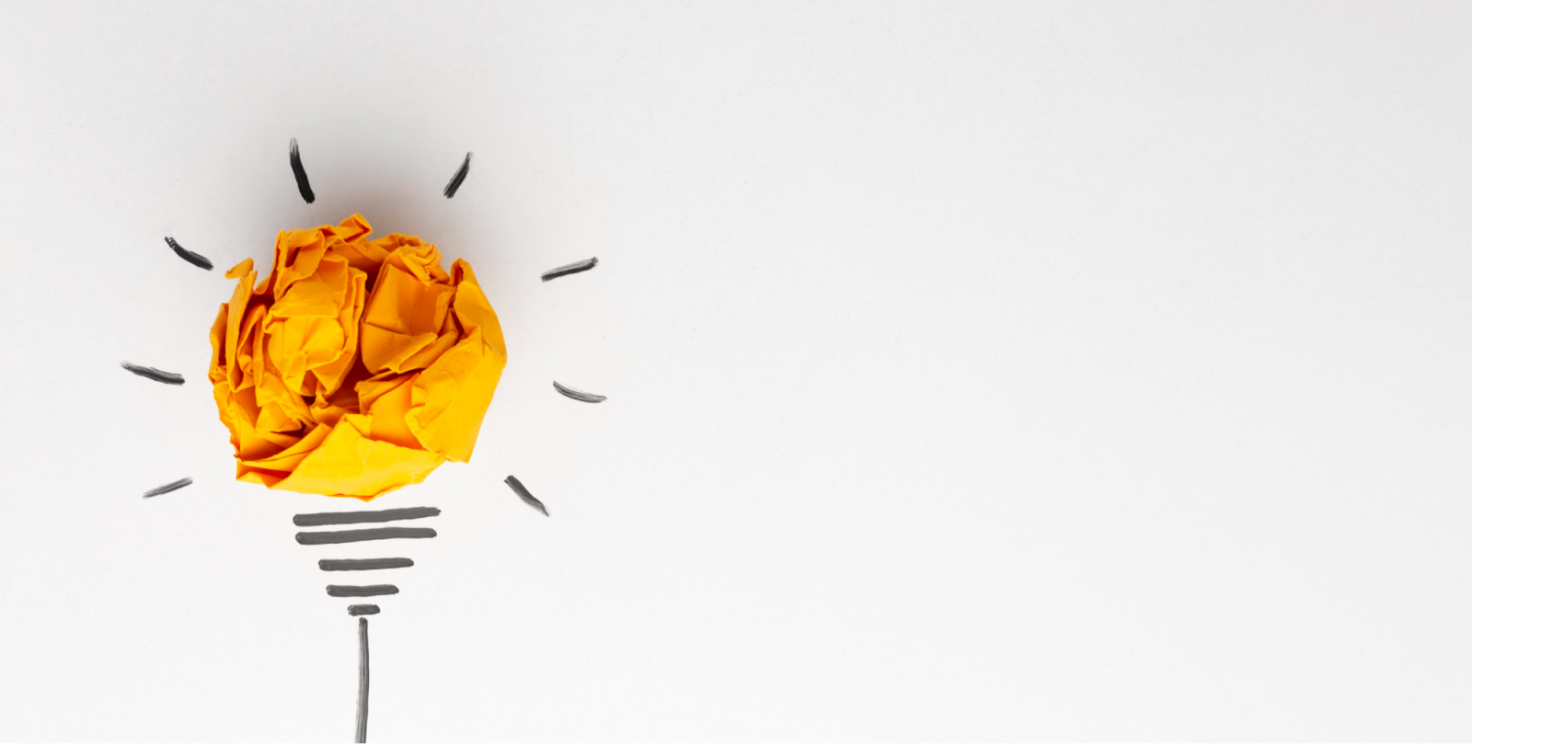
Repository: mdrubel02/new-year-new-mission
Page: index.html
The author's editor kept a copy of each file at every save. The page is drawn from the files as they stood at one save, then again after the next save.
The browser window is 1280 px wide. The page is 1600 px wide, then 1699 px, so the pictures cover 1699 px, including what lies to the right of the window. The pictures show the whole page, at 92% of full size.

Above is the page before, as saved 2023-01-06 22:06:05.

After the next save:
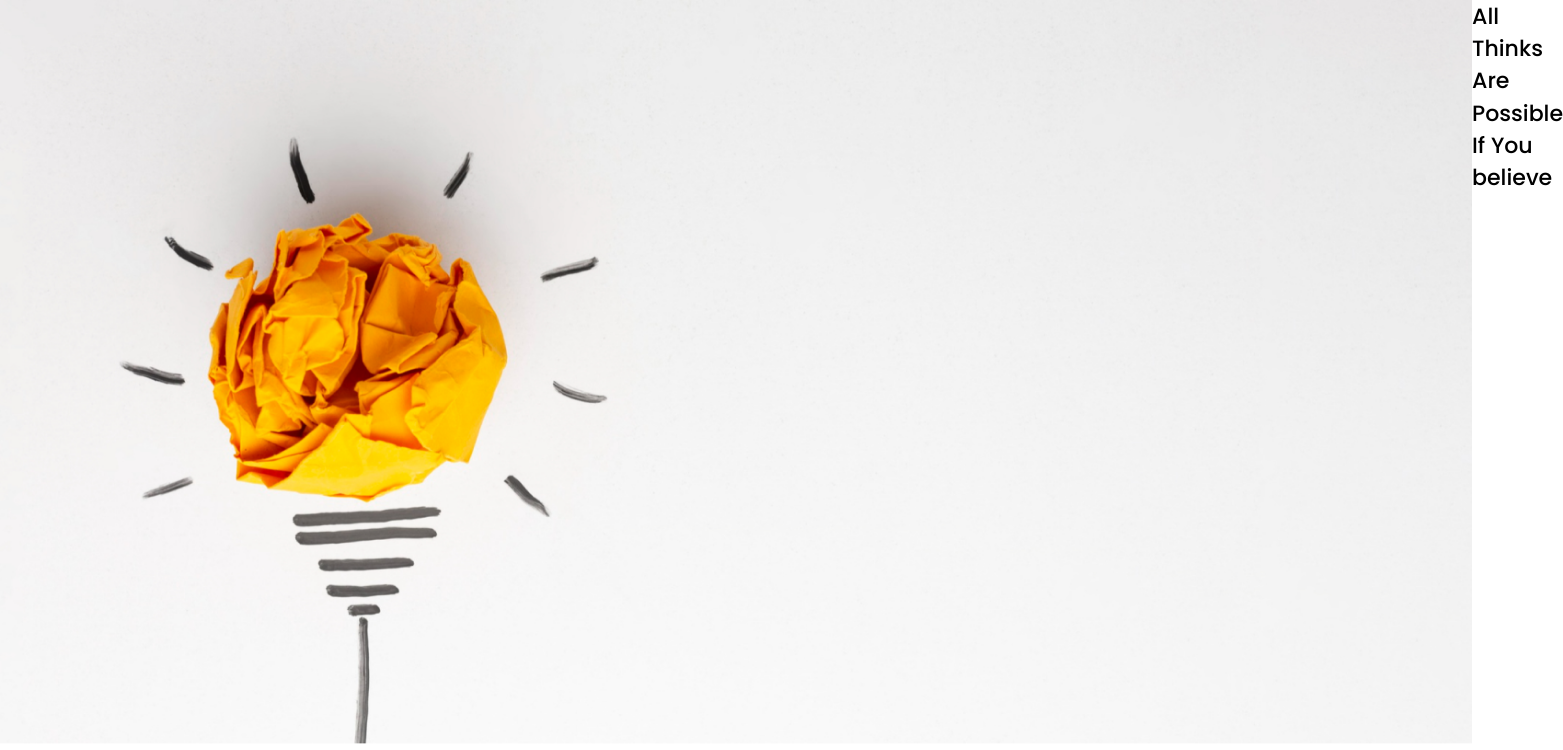
Saved 91 s later.
--- a/index.html
+++ b/index.html
@@ -17,7 +17,7 @@
                     <img class="banner_left_img" src="/images/banner/banner1.png" alt="">
                 </div>
                 <div class="banner_right">
-
+                    <h1>All Thinks Are Possible If You believe</h1>
                 </div>
             </div>
         </section>
